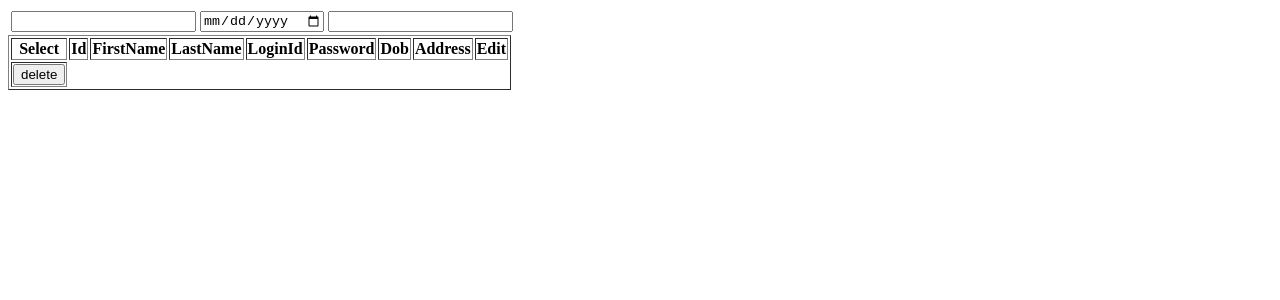
Repository: rish1208/Advance_java
Page: http://localhost/Use-case/UserListCtl
The author's editor kept a copy of each file at every save. The page is drawn from the files as they stood at one save, then again after the next save.
The browser window is 1280 px wide. The pictures show the whole page.
The page is served by Tomcat 9. Queries for data that is not in the repository find no rows.

Above is the page before, as saved 2024-04-07 21:03:48.

After the next save:
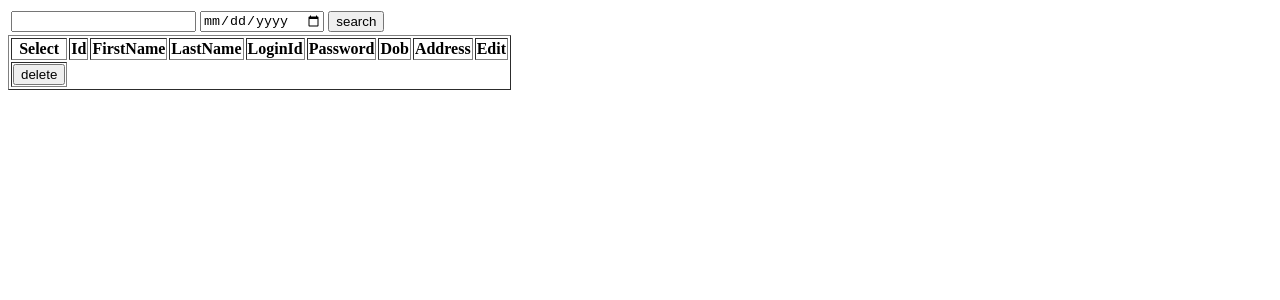
Saved 116 s later.
--- a/Advance java Workspace/Use-case/WebContent/UserListView.jsp
+++ b/Advance java Workspace/Use-case/WebContent/UserListView.jsp
@@ -19,7 +19,7 @@
 			<tr>
 				<td><input type="text" name="firstName"></td>
 				<td><input type="Date" name="dob"></td>
-				<td><input type="search" name="operation"></td>
+				<td><input type="submit" name="operation" value="search"></td>
 			</tr>
 		</table>
 		<table border="1%">
